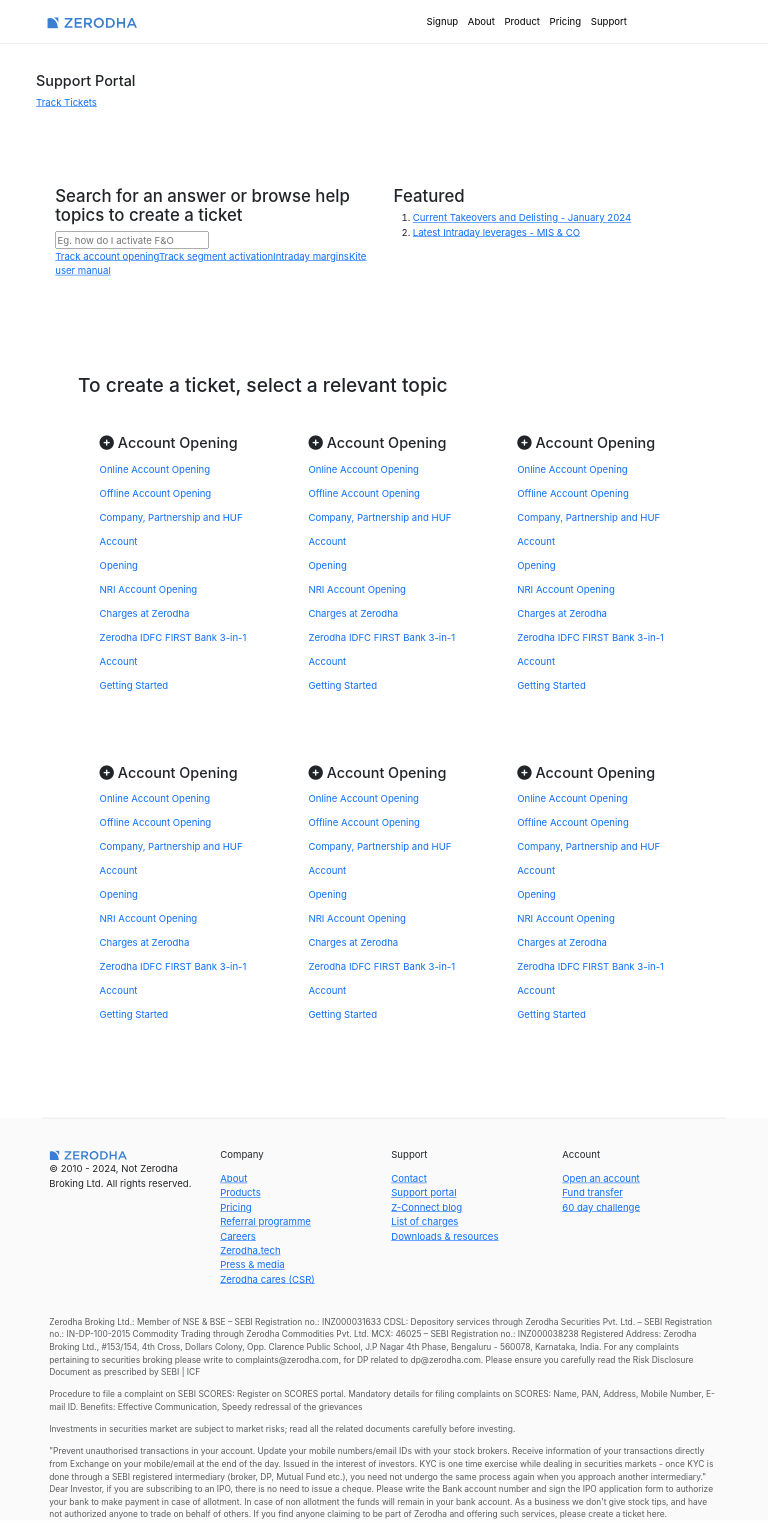
Repository: swarnabha-dutta/TradeVerse
Page: /support (app in frontend/)
These files come from the project's save history. The page is drawn as it stood at one moment and after the next save; the edit follows.
The browser window is 1280 px wide. The pictures show the whole page, at 60% of full size.
Some web libraries are served in a nearby version. The project was rebuilt for these pictures with package versions that can differ from the ones it lists, and the page was loaded fresh each time. Also part of the build but not shown: frontend/src/landing_page/home/Hero.jsx, frontend/src/landing_page/home/Awards.jsx, frontend/src/landing_page/home/Stats.jsx, frontend/src/landing_page/home/Pricing.jsx, frontend/src/landing_page/home/Education.jsx, frontend/src/landing_page/OpenAccount.jsx, frontend/src/landing_page/home/HomePage.jsx, frontend/src/landing_page/about/Team.jsx and 11 more. Imported but missing from the stored project, and not drawn on this page: frontend/src/landing_page/about/Hero.

Above is the page before, as saved 2025-11-12 13:09:33.

### frontend/public/index.html
<!DOCTYPE html>
<html lang="en">
  <head>
    <meta charset="utf-8" />
    <link rel="icon" href="%PUBLIC_URL%/favicon.ico" />
    <meta name="viewport" content="width=device-width, initial-scale=1" />
    <meta name="theme-color" content="#000000" />
    <meta
      name="description"
      content="Web site created using create-react-app"
    />
    <link rel="apple-touch-icon" href="%PUBLIC_URL%/logo192.png" />
    <!--
      manifest.json provides metadata used when your web app is installed on a
      user's mobile device or desktop. See https://developers.google.com/web/fundamentals/web-app-manifest/
    -->
    <link rel="manifest" href="%PUBLIC_URL%/manifest.json" />
    <!--
      Notice the use of %PUBLIC_URL% in the tags above.
      It will be replaced with the URL of the `public` folder during the build.
      Only files inside the `public` folder can be referenced from the HTML.

      Unlike "/favicon.ico" or "favicon.ico", "%PUBLIC_URL%/favicon.ico" will
      work correctly both with client-side routing and a non-root public URL.
      Learn how to configure a non-root public URL by running `npm run build`.
    -->

    <!-- Bootstrap -->
    <link href="https://cdn.jsdelivr.net/npm/bootstrap@5.3.8/dist/css/bootstrap.min.css" rel="stylesheet" integrity="sha384-sRIl4kxILFvY47J16cr9ZwB07vP4J8+LH7qKQnuqkuIAvNWLzeN8tE5YBujZqJLB" crossorigin="anonymous">



    <!-- fontawesome   CDN -->
    <link
      rel="stylesheet"
      href="https://cdnjs.cloudflare.com/ajax/libs/font-awesome/6.6.0/css/all.min.css"
      crossorigin="anonymous"
      referrerpolicy="no-referrer"
    />

    <title>React App</title>
  </head>
  <body>
    <noscript>You need to enable JavaScript to run this app.</noscript>
    <div id="root"></div>


    <!-- Bootstrap js file  -->
    <script src="https://cdn.jsdelivr.net/npm/bootstrap@5.3.8/dist/js/bootstrap.bundle.min.js" integrity="sha384-FKyoEForCGlyvwx9Hj09JcYn3nv7wiPVlz7YYwJrWVcXK/BmnVDxM+D2scQbITxI" crossorigin="anonymous"></script>
  </body>
</html>

### frontend/src/landing_page/support/SupportPage.jsx
import React from 'react'
import Hero from './Hero.jsx';
import RaiseTicket from './RaiseTicket.jsx';


const SupportPage = () => {
    return (
        <>
            <Hero />
            <RaiseTicket />
        </>
    )
}

export default SupportPage

### frontend/src/landing_page/Navbar.jsx
import React from "react";
import { Link } from "react-router-dom";

function Navbar() {
    return (
        <nav
        className="navbar navbar-expand-lg border-bottom"
        style={{ backgroundColor: "#FFF" }}
        >
        <div className="container p-2">
            <Link className="navbar-brand" to="/">
            <img
                src="media/images/logo.svg"
                style={{ width: "25%" }}
                alt="Logo"
            />
            </Link>

            <button
            className="navbar-toggler"
            type="button"
            data-bs-toggle="collapse"
            data-bs-target="#navbarSupportedContent"
            aria-controls="navbarSupportedContent"
            aria-expanded="false"
            aria-label="Toggle navigation"
            >
            <span className="navbar-toggler-icon"></span>
            </button>

            <div className="collapse navbar-collapse" id="navbarSupportedContent">
            <form className="d-flex" role="search">
                <ul className="navbar-nav mb-lg-0">
                <li className="nav-item">
                    <Link className="nav-link active" aria-current="page" to="/signup">
                    Signup
                    </Link>
                </li>
                <li className="nav-item">
                    <Link className="nav-link active" to="/about">
                    About
                    </Link>
                </li>
                <li className="nav-item">
                    <Link className="nav-link active" to="/product">
                    Product
                    </Link>
                </li>
                <li className="nav-item">
                    <Link className="nav-link active" to="/pricing">
                    Pricing
                    </Link>
                </li>
                <li className="nav-item">
                    <Link className="nav-link active" to="/support">
                    Support
                    </Link>
                </li>
                </ul>
            </form>
            </div>
        </div>
        </nav>
    );
}

export default Navbar;

### frontend/src/landing_page/Footer.jsx
import React from "react";

function Footer() {
    return (
        <footer style={{ backgroundColor: "rgb(250, 250, 250)" }}>
        <div className="container border-top mt-5">
            <div className="row mt-5">
            <div className="col">
                <img src="media/images/logo.svg" style={{ width: "50%" }} />
                <p>
                &copy; 2010 - 2024, Not Zerodha Broking Ltd. All rights reserved.
                </p>
            </div>
            <div className="col">
                <p>Company</p>
                <a href="">About</a>
                <br />
                <a href="">Products</a>
                <br />
                <a href="">Pricing</a>
                <br />
                <a href="">Referral programme</a>
                <br />
                <a href="">Careers</a>
                <br />
                <a href="">Zerodha.tech</a>
                <br />
                <a href="">Press & media</a>
                <br />
                <a href="">Zerodha cares (CSR)</a>
                <br />
            </div>
            <div className="col">
                <p>Support</p>
                <a href="">Contact</a>
                <br />
                <a href="">Support portal</a>
                <br />
                <a href="">Z-Connect blog</a>
                <br />
                <a href="">List of charges</a>
                <br />
                <a href="">Downloads & resources</a>
                <br />
            </div>
            <div className="col">
                <p>Account</p>
                <a href="">Open an account</a>
                <br />
                <a href="">Fund transfer</a>
                <br />
                <a href="">60 day challenge</a>
                <br />
            </div>
            </div>
            <div className="mt-5 text-muted" style={{ fontSize: "14px" }}>
            <p>
                Zerodha Broking Ltd.: Member of NSE​ &​ BSE – SEBI Registration no.:
                INZ000031633 CDSL: Depository services through Zerodha Securities
                Pvt. Ltd. – SEBI Registration no.: IN-DP-100-2015 Commodity Trading
                through Zerodha Commodities Pvt. Ltd. MCX: 46025 – SEBI Registration
                no.: INZ000038238 Registered Address: Zerodha Broking Ltd.,
                #153/154, 4th Cross, Dollars Colony, Opp. Clarence Public School,
                J.P Nagar 4th Phase, Bengaluru - 560078, Karnataka, India. For any
                complaints pertaining to securities broking please write to
                complaints@zerodha.com, for DP related to dp@zerodha.com. Please
                ensure you carefully read the Risk Disclosure Document as prescribed
                by SEBI | ICF
            </p>

            <p>
                Procedure to file a complaint on SEBI SCORES: Register on SCORES
                portal. Mandatory details for filing complaints on SCORES: Name,
                PAN, Address, Mobile Number, E-mail ID. Benefits: Effective
                Communication, Speedy redressal of the grievances
            </p>

            <p>
                Investments in securities market are subject to market risks; read
                all the related documents carefully before investing.
            </p>

            <p>
                "Prevent unauthorised transactions in your account. Update your
                mobile numbers/email IDs with your stock brokers. Receive
                information of your transactions directly from Exchange on your
                mobile/email at the end of the day. Issued in the interest of
                investors. KYC is one time exercise while dealing in securities
                markets - once KYC is done through a SEBI registered intermediary
                (broker, DP, Mutual Fund etc.), you need not undergo the same
                process again when you approach another intermediary." Dear
                Investor, if you are subscribing to an IPO, there is no need to
                issue a cheque. Please write the Bank account number and sign the
                IPO application form to authorize your bank to make payment in case
                of allotment. In case of non allotment the funds will remain in your
                bank account. As a business we don't give stock tips, and have not
                authorized anyone to trade on behalf of others. If you find anyone
                claiming to be part of Zerodha and offering such services, please
                create a ticket here.
            </p>
            </div>
        </div>
        </footer>
    );
}

export default Footer;

### frontend/src/landing_page/support/Hero.jsx
/* eslint-disable jsx-a11y/anchor-is-valid */
import React from "react";

function Hero() {
    return (
        <section className="container-fluid" id="supportHero">
        <div className="p-5 " id="supportWrapper">
            <h4>Support Portal</h4>
            <a href="">Track Tickets</a>
        </div>
        <div className="row p-5 m-3">
            <div className="col-6 p-3">
            <h1 className="fs-3">
                Search for an answer or browse help topics to create a ticket
            </h1>
            <input placeholder="Eg. how do I activate F&O" />
            <br />
            <a href="">Track account opening</a>
            <a href="">Track segment activation</a>
            <a href="">Intraday margins</a>
            <a href="">Kite user manual</a>
            </div>
            <div className="col-6 p-3">
            <h1 className="fs-3">Featured</h1>
            <ol>
                <li>
                <a href="">Current Takeovers and Delisting - January 2024</a>
                </li>
                <li>
                <a href="">Latest Intraday leverages - MIS & CO</a>
                </li>
            </ol>
            </div>
        </div>
        </section>
    );
}

export default Hero;

Loaded but not shown: frontend/src/index.css (common file); frontend/src/index.js (36 lines, source omitted); frontend/src/landing_page/support/RaiseTicket.jsx (236 lines, source omitted)

After the next save:
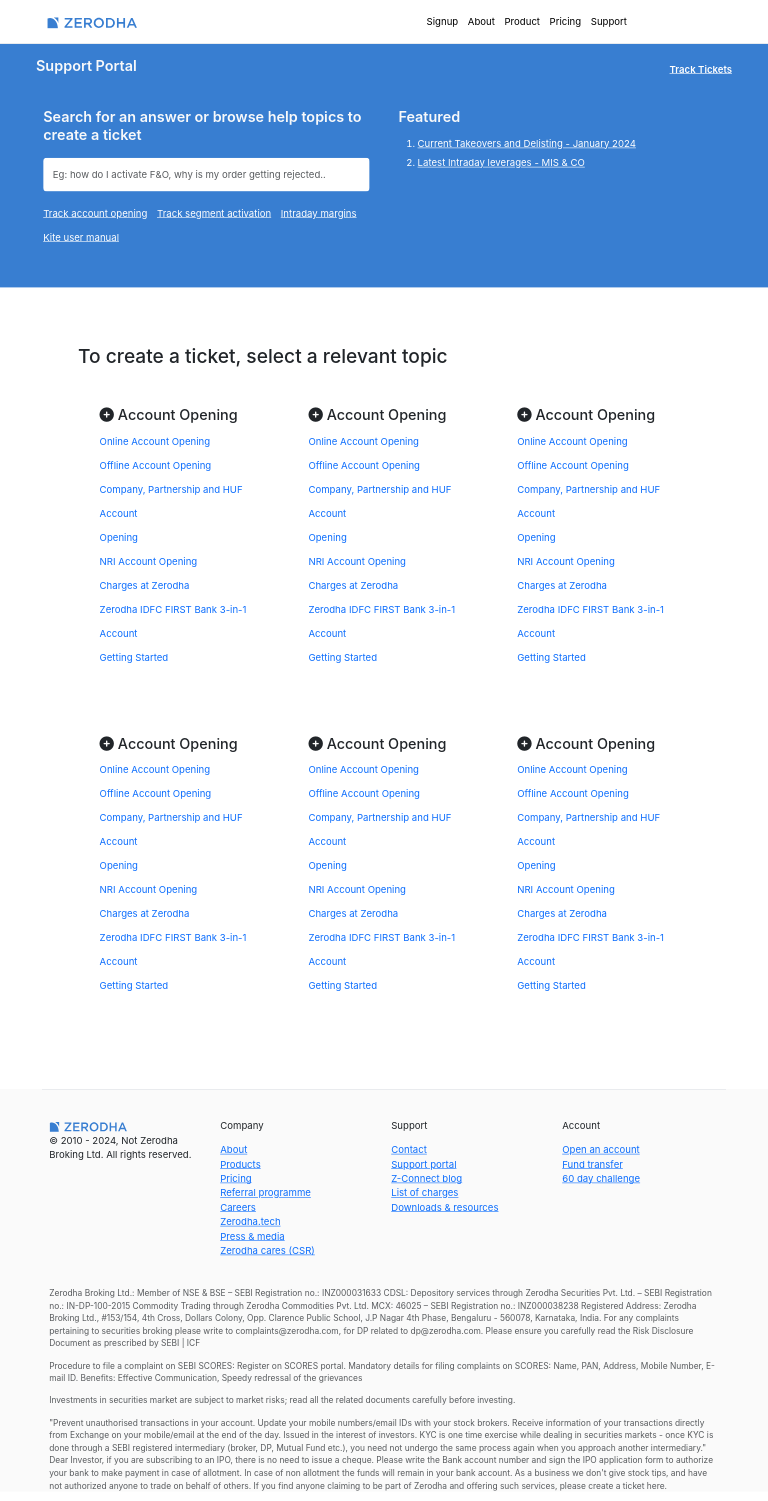
Saved 2 min 16 s later.
--- a/frontend/src/landing_page/support/Hero.jsx
+++ b/frontend/src/landing_page/support/Hero.jsx
@@ -2,38 +2,89 @@
 import React from "react";
 
 function Hero() {
-    return (
-        <section className="container-fluid" id="supportHero">
-        <div className="p-5 " id="supportWrapper">
-            <h4>Support Portal</h4>
-            <a href="">Track Tickets</a>
+  return (
+    <section
+      className="container-fluid text-light"
+      id="supportHero"
+      style={{ backgroundColor: "#387ed1", minHeight: "400px" }}
+    >
+      {/* Top Section */}
+      <div
+        className="d-flex justify-content-between align-items-center px-5 py-4"
+        id="supportWrapper"
+      >
+        <h4 className="fw-semibold">Support Portal</h4>
+        <a
+          href="#"
+          className="text-white fw-semibold"
+          style={{ textDecoration: "underline" }}
+        >
+          Track Tickets
+        </a>
+      </div>
+
+      {/* Main Section */}
+      <div className="row px-5 pb-5">
+        {/* Left Column */}
+        <div className="col-md-6 p-4">
+          <h1 className="fs-4 fw-semibold mb-4">
+            Search for an answer or browse help topics to create a ticket
+          </h1>
+
+          <input
+            type="text"
+            placeholder="Eg: how do I activate F&O, why is my order getting rejected.."
+            className="form-control mb-4 p-3"
+            style={{
+              borderRadius: "6px",
+              border: "none",
+              outline: "none",
+              width: "100%",
+              maxWidth: "600px",
+            }}
+          />
+
+          <div className="d-flex flex-wrap gap-3">
+            <a href="#" className="text-white text-decoration-underline">
+              Track account opening
+            </a>
+            <a href="#" className="text-white text-decoration-underline">
+              Track segment activation
+            </a>
+            <a href="#" className="text-white text-decoration-underline">
+              Intraday margins
+            </a>
+            <a href="#" className="text-white text-decoration-underline">
+              Kite user manual
+            </a>
+          </div>
         </div>
-        <div className="row p-5 m-3">
-            <div className="col-6 p-3">
-            <h1 className="fs-3">
-                Search for an answer or browse help topics to create a ticket
-            </h1>
-            <input placeholder="Eg. how do I activate F&O" />
-            <br />
-            <a href="">Track account opening</a>
-            <a href="">Track segment activation</a>
-            <a href="">Intraday margins</a>
-            <a href="">Kite user manual</a>
-            </div>
-            <div className="col-6 p-3">
-            <h1 className="fs-3">Featured</h1>
-            <ol>
-                <li>
-                <a href="">Current Takeovers and Delisting - January 2024</a>
-                </li>
-                <li>
-                <a href="">Latest Intraday leverages - MIS & CO</a>
-                </li>
-            </ol>
-            </div>
+
+        {/* Right Column */}
+        <div className="col-md-6 p-4">
+          <h1 className="fs-4 fw-semibold mb-3">Featured</h1>
+          <ol className="text-white">
+            <li className="mb-2">
+              <a
+                href="#"
+                className="text-white text-decoration-underline"
+              >
+                Current Takeovers and Delisting - January 2024
+              </a>
+            </li>
+            <li>
+              <a
+                href="#"
+                className="text-white text-decoration-underline"
+              >
+                Latest Intraday leverages - MIS & CO
+              </a>
+            </li>
+          </ol>
         </div>
-        </section>
-    );
+      </div>
+    </section>
+  );
 }
 
 export default Hero;
